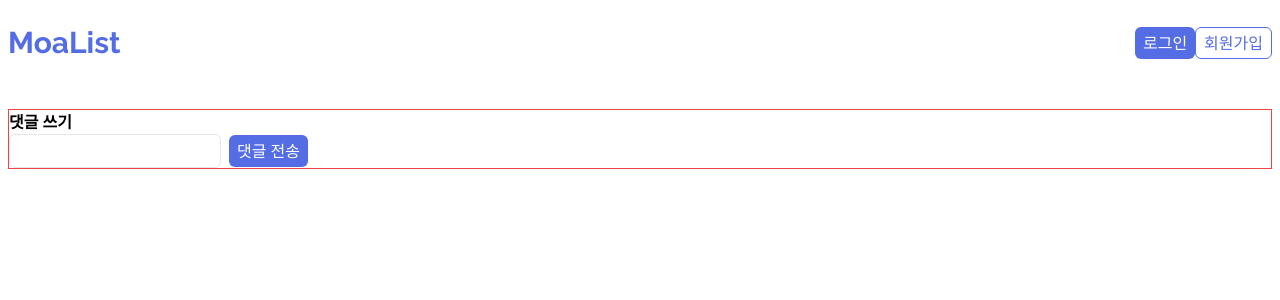
Repository: wisdomshin/moa-list
Page: /comment/new
The author's editor kept a copy of each file at every save. The page is drawn from the files as they stood at one save, then again after the next save.
The browser window is 1280 px wide. The pictures show the whole page.
The page's requests for data from a server got no answer. The project was rebuilt for these pictures with package versions that can differ from the ones it lists, and the page was loaded fresh each time. The framework's server and built-in components were replaced by stand-ins that run in the browser. No one was signed in, and anything a server would have sent is missing. Also part of the build but not shown: next.config.mjs, components/layout/LogoutBtn.js.

Above is the page before, as saved 2024-02-21 00:24:28.

After the next save:
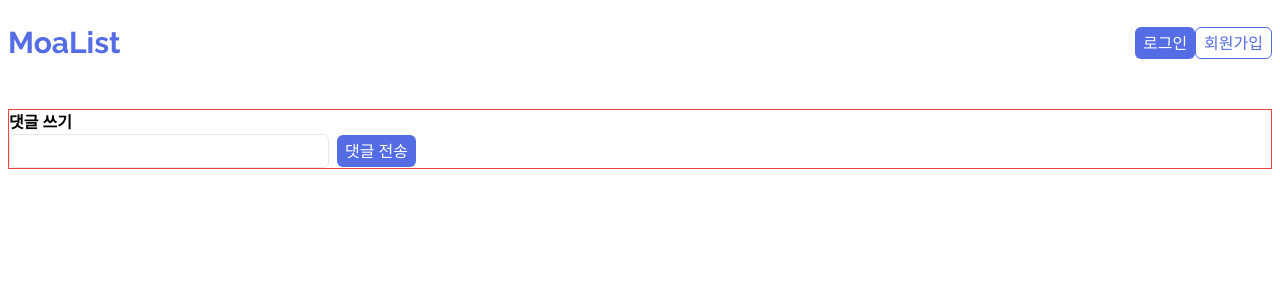
Saved 13 s later.
--- a/app/comment/new/page.js
+++ b/app/comment/new/page.js
@@ -2,7 +2,7 @@ export default function CommentWrite() {
   return (
     <section className='border border-red-500'>
       <b className='block'>댓글 쓰기</b>
-      <input type='text' className='p-1 mr-2 border rounded-md w-600' />
+      <input type='text' className='p-1 mr-2 border rounded-md w-80' />
       <button className='px-2 py-1 rounded-md bg-[#546de5] text-white'>
         댓글 전송
       </button>
